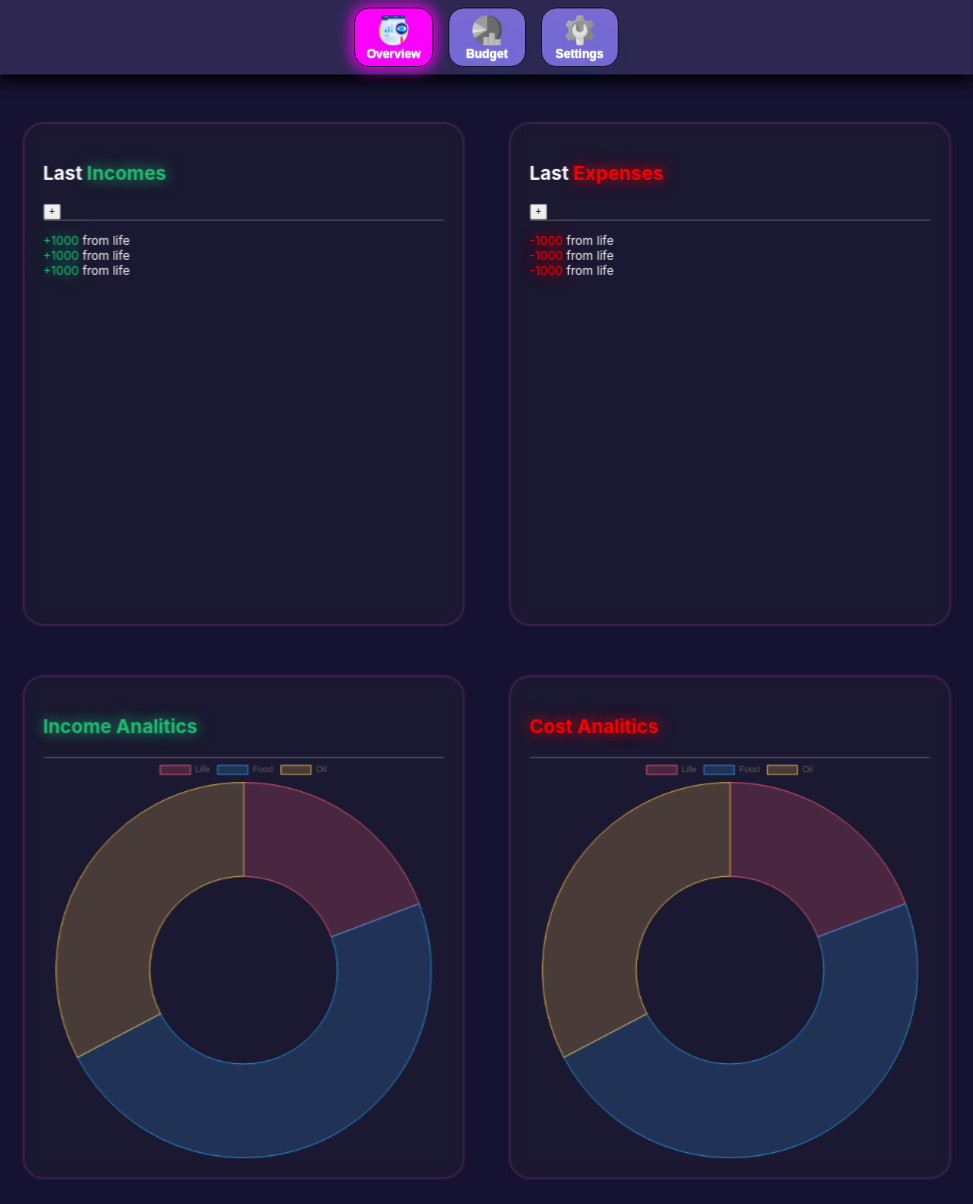
Repository: Minkeani/Money-Manager
Page: /Overview
These files come from the project's save history. The page is drawn as it stood at one moment and after the next save; the edit follows.
The browser window is 1280 px wide. The pictures show the whole page, at 76% of full size.
The project was rebuilt for these pictures with package versions that can differ from the ones it lists, and the page was loaded fresh each time. Also part of the build but not shown: src/components/Budget/Budget.module.css, src/components/Budget/Budget.jsx, src/components/Settings/Settings.jsx, src/components/NotFound/NotFound.module.css, src/components/NotFound/NotFound.jsx.

Above is the page before, as saved 2022-07-17 18:38:02.

### src/index.js
import React from 'react';
import ReactDOM from 'react-dom/client';
import './styles/index.css'
import App from './App';

const root = ReactDOM.createRoot(document.getElementById('root'));
root.render(
    <App />
);

### src/styles/index.css
:root {
  --color-theme: #161231;
	--color-white: #fff;
	--color-black: #000;
	--color-dark-gray: #10100e;
	--color-yellow: #ffff00;
	--color-blue: #6884fb;
	--color-red: #f75d83;
	--font-bold: 600;
	--color-violet: #ae72c2;
	--text-shadow-yellow:
		0 0 2px var(--color-white),
		0 0 40px var(--color-blue);

	--spacing-medium: 20px;

	--spacing-small: 10px;

	--spacing-ultra-small: 5px;

	--spacing-large: 30px;

	--font-family-main: sans-serif;

	--border-radius-small: 3px;

	--border-radius-medium: 5px;

	--margin-list: 7px;

	--font-size-main: 16px;

	--font-size-header: 26px;

	--font-size-subheader: 18px;

	/* Theme */
	--theme-light-header: #dfe2df;

	--theme-dark-header: #ca6ca6;

	--theme-neitral-header: #cccc46;

	--theme-default-header: var(--theme-neitral-header);

	--transition: .4s;

	--theme-light-bg-img: linear-gradient(to top, #b7b7b7, #a396b0, #9a72a0, #984986, #960062);

	--theme-dark-bg-img:  linear-gradient(to top, #6a2b60, #532143, #3b192b, #221118, #000000);

	--width-max: 1200px

}
body {
  margin: 0;
	padding: 0;
	background-color: var(--color-theme);
  font-family: -apple-system, BlinkMacSystemFont, 'Segoe UI', 'Roboto', 'Oxygen',
    'Ubuntu', 'Cantarell', 'Fira Sans', 'Droid Sans', 'Helvetica Neue',
    sans-serif;
  -webkit-font-smoothing: antialiased;
  -moz-osx-font-smoothing: grayscale;
}

code {
  font-family: source-code-pro, Menlo, Monaco, Consolas, 'Courier New',
    monospace;
}

### src/App.js
import styles from './App.module.css';
import Header from './components/Header/Header';
import RoutesConfig from './routes/RoutesConfig';
import { Routes, Route, BrowserRouter, Router } from 'react-router-dom';

function App() {
  return (
    <div className={styles.App}>
      <BrowserRouter>
        <div className={styles.wrapper}>
          <Header/>
            <Routes>
              {RoutesConfig.map((route, index) => (
                <Route
                  key={index}
                  exact={route.exact}
                  element={<route.element/>}
                  path={route.path}
                />
              ))}
            </Routes>
        </div>
      </BrowserRouter>
    </div>
  );
}

export default App;

### src/App.module.css
.App {
  text-align: center;
  display: flex;
  justify-content: center;
  align-items: center;
  margin: 0 auto;
}

.App-logo {
  height: 40vmin;
  pointer-events: none;
}

.wrapper {
  width: 100%;
}

@media (prefers-reduced-motion: no-preference) {
  .App-logo {
    animation: App-logo-spin infinite 20s linear;
  }
}

.App-header {
  background-color: #282c34;
  min-height: 100vh;
  display: flex;
  flex-direction: column;
  align-items: center;
  justify-content: center;
  font-size: calc(10px + 2vmin);
  color: white;
}

.App-link {
  color: #61dafb;
}

@keyframes App-logo-spin {
  from {
    transform: rotate(0deg);
  }
  to {
    transform: rotate(360deg);
  }
}

### src/components/Header/Header.jsx
import React, {useState} from 'react'
import styles from './Header.module.scss'
import { Link } from 'react-router-dom';
import Budget from '../../icons/budget.svg'
import overview from '../../icons/Overview.svg'
import settings from '../../icons/settings.svg'
import { motion } from "framer-motion";


export default function Header() {
  const [active, setActive] = useState(1)

  const HeaderAnimation = {
    hidden: {
      y: 100,
      opacity: 0
    },
    visible: custom => ({
      y: 0,
      opacity: 1,
      transition: {delay: custom * 0.2}
    })
  };


  return (
    <motion.div
      initial="hidden"
      whileInView="visible"
      viewport={{ amount: 0.3, once: true }}
      variants={HeaderAnimation}
      className={styles.container}>
    <ul className={styles.list__container}>
        <li
          onClick={() => setActive(1)}
          className={active === 1 ? styles.active : ''}
        >
            <Link to='/Overview' exact='true' >
                 <img src={overview} alt="" />
                Overview</Link>
        </li>
        <li
          onClick={() => setActive(2)}
          className={active === 2 ? styles.active : ''}
          >
            <Link to='/Budget' exact='true' >
               <img src={Budget} alt="" />
              Budget</Link></li>
        <li
           onClick={() => setActive(3)}
           className={active === 3 ? styles.active : ''}
          >
            <Link to="/Settings" exact='true'>
              <img src={settings} alt="" />
              Settings</Link></li>
    </ul>

    </motion.div>
  )
}

### src/routes/RoutesConfig.js
import Budget from "../components/Budget/Budget"
import Overview from "../components/Overview/Overview"
import Settings from "../components/Settings/Settings"
import NotFound from "../components/NotFound/NotFound"

const RoutesConfig = [
    {
        path: '/Budget',
        exact: true,
        element: Budget
    },
    {
        path: '/Overview',
        exact: true,
        element: Overview
    },
    {
        path: '/Settings',
        exact: true,
        element: Settings
    }, {
        path: '/NotFound',
        exact: true,
        element: NotFound
    },

]

export default RoutesConfig

### src/components/Header/Header.module.scss
.container {
    display: flex;
    align-items: center;
    justify-content: center;
    margin-bottom: var(--spacing-large);
    background-color: #2d2751;
    width: 100%;
    box-shadow: 0px 7px 20px 2px ;
}
.list__container {
    display: flex;
    flex-wrap: wrap;
    margin: 0;
    padding: 0;
    list-style-type: none;
}

.list__container li {
    background-color: #7869d3;
    flex-direction: column;
    border: 1px solid black;
    margin: 10px;
    border-radius: 20px;
    cursor: pointer
}

.list__container li:hover {
    background-color: #dd6edb;

}



.list__container a {
    display: flex;
    align-items: center;
    flex-direction: column;
    margin: 0 10px;
    padding: 5px 3px;
    min-width: 70px;
    border: 2px solid transparent;
    border-radius: var(--border-radius-small);
    color: var(--color-white);
    text-align: center;
    font-family: var(--font-family-main);
    text-decoration: none;
    font-weight: var(--font-bold);
    text-shadow: var(--text-shadow-yellow);
    transition: var(--transition);
}

.list__container .active {
    background-color: #ff00fa;
    box-shadow: 0 0 20px 3px #ff00fa;
     img {
        filter: grayscale(0);
    }

}



.list__container img {
    height: 2.5rem;
    margin: 0.1375rem;
    width: 2.5rem;
    filter: grayscale(1);
}
.list__container :global(a.active) {
    border: 2px solid var(--color-violet);
    color: var(--color-violet);
    text-shadow: none;
}

.logo {
    width: 60px;
    height: 60px;
    margin-right: var(--spacing-large);
    object-fit: cover;
    object-position: center center;
}

@media (max-width: 365px) {
    .list__container a {
        min-width: 65px;
    }
  }

### src/components/Overview/Overview.jsx
import React from 'react'
import OverviewBlock from '../OverviewBlocks/OverviewBlock/OverviewBlock'
import styles from './Overview.module.css'
import Charts from '../OverviewBlocks/OverviewCharts/Charts'

// const [blocks, setBlocks] = useState([
//   {type: 'Incomes', sign: '+', classes: 'money', array:  [{money: 1000, category: 'life'}, {money: 1000, category: 'life'}, {money: 1000, category: 'life'}]},
//   {type: 'Expenses', sign: '-', classes: 'Remoney', array:  [{money: 1000, category: 'life'}, {money: 1000, category: 'life'}, {money: 1000, category: 'life'}]}
// ])

export const data = [ {
  labels: ['Life', 'Food', 'Oil'],
  type: 'Incomes',
  Analitic: 'Income',
  sign: '+',
  classes: 'money',
  datasets: [
    {
      label: '# of Votes',
      data: [1000, 2500, 1700],
      backgroundColor: [
        'rgba(255, 99, 132, 0.2)',
        'rgba(54, 162, 235, 0.2)',
        'rgba(255, 206, 86, 0.2)',
        'rgba(75, 192, 192, 0.2)',
        'rgba(153, 102, 255, 0.2)',
        'rgba(255, 159, 64, 0.2)',
      ],
      borderColor: [
        'rgba(255, 99, 132, 1)',
        'rgba(54, 162, 235, 1)',
        'rgba(255, 206, 86, 1)',
        'rgba(75, 192, 192, 1)',
        'rgba(153, 102, 255, 1)',
        'rgba(255, 159, 64, 1)',
      ],
      borderWidth: 1,
    },
  ],
},
{
  labels: ['Life', 'Food', 'Oil'],
  type: 'Expenses',
  Analitic: 'Сost',
  sign: '-',
  classes: 'Remoney',
  datasets: [
    {
      label: '# of Votes',
      data: [1000, 2500, 1700],
      backgroundColor: [
        'rgba(255, 99, 132, 0.2)',
        'rgba(54, 162, 235, 0.2)',
        'rgba(255, 206, 86, 0.2)',
        'rgba(75, 192, 192, 0.2)',
        'rgba(153, 102, 255, 0.2)',
        'rgba(255, 159, 64, 0.2)',
      ],
      borderColor: [
        'rgba(255, 99, 132, 1)',
        'rgba(54, 162, 235, 1)',
        'rgba(255, 206, 86, 1)',
        'rgba(75, 192, 192, 1)',
        'rgba(153, 102, 255, 1)',
        'rgba(255, 159, 64, 1)',
      ],
      borderWidth: 1,
    },
  ],
}
]

export default function Overview() {
  return (
    <div className={styles.container}>
      <OverviewBlock/>
      <Charts/>
    </div>
  )
}

### src/components/OverviewBlocks/OverviewBlock/OverviewBlock.jsx
import React, {useState} from 'react';
import styles from './Overview.module.css'

const OverviewBlock = () => {
    const [blocks, setBlocks] = useState([
        {type: 'Incomes', sign: '+', classes: 'money', array:  [{money: 1000, category: 'life'}, {money: 1000, category: 'life'}, {money: 1000, category: 'life'}]},
        {type: 'Expenses', sign: '-', classes: 'Remoney', array:  [{money: 1000, category: 'life'}, {money: 1000, category: 'life'}, {money: 1000, category: 'life'}]}
])

    return (
        <>
            {blocks.map(({type, sign, classes, array}) => (
                    <div className={styles.container}>
                            <h3 className={styles.title}>Last <span className={classes === 'money' ? styles.money : styles.Remoney}>{type}</span></h3>
                            <button className={styles.btn}>+</button>

                        <div className={styles.dilivar}></div>
                            <ul className={styles.list}>
                                    {array.map(({money, category}) => (
                                        <li><span className={classes === 'money' ? styles.money : styles.Remoney}>{sign}{money}</span> from <span>{category}</span></li>
                                    ))}
                            </ul>
                        </div>
            )
            )}

        </>
    );
}

export default OverviewBlock;

### src/components/Overview/Overview.module.css
.container {
    display: grid;
    grid-template-columns: 1fr 1fr;
    grid-template-rows: 1fr 1fr;
    padding: 10px;
    gap: 20px 20px;
    justify-items: center;
}

@media (max-width: 900px) {
    .container  {
        grid-template-columns: 1fr;
        grid-template-rows: 1fr 1fr;
    }
  }

### src/components/OverviewBlocks/OverviewCharts/Charts.jsx
import React, {useEffect} from 'react'
import styles from '../OverviewBlock/Overview.module.css'
import { Chart as ChartJS, ArcElement, Tooltip, Legend } from 'chart.js';
import { Doughnut } from 'react-chartjs-2';
import {data} from '../../Overview/Overview'

ChartJS.register(ArcElement, Tooltip, Legend);


export default function Charts() {



  return (
    <>
        {data.map( (item) => (
            <div className={styles.container}>
                <h3 className={styles.title}><span className={item.classes === 'money' ? styles.money : styles.Remoney}>{item.Analitic} Analitics</span></h3>
                <div className={styles.dilivar}></div>
                <Doughnut data={item} />
            </div>
        ))}

    </>
  )
}

### src/components/OverviewBlocks/OverviewBlock/Overview.module.css
.container {
    display: flex;
    flex-direction: column;
    align-items: start;
    overflow-y: auto;
    border-radius: 1.5625rem;
    width: 85%;
    padding: 25px;
    margin: 25px;
    background: rgba(50, 50, 50, 0.2);
    backdrop-filter: blur(10px);
    box-shadow: 0 0 5px 0px #8e4a8e;
    color: white;
}

.headerCont {}

.title {
    color: #fff;
    font-size: 1.5625rem;
}

.dilivar {
    background-color: #707175;
    height: 1px;
    width: 100%;
}

.money {
    color: #21bf73;
    text-shadow: 0 0 20px #21bf73;
}

.Remoney {
    color: red;
    text-shadow: 0 0 20px red;
}

.list {
    list-style-type: none;
    padding: 0;
}

Loaded but not shown: public/index.html (common file)

After the next save:
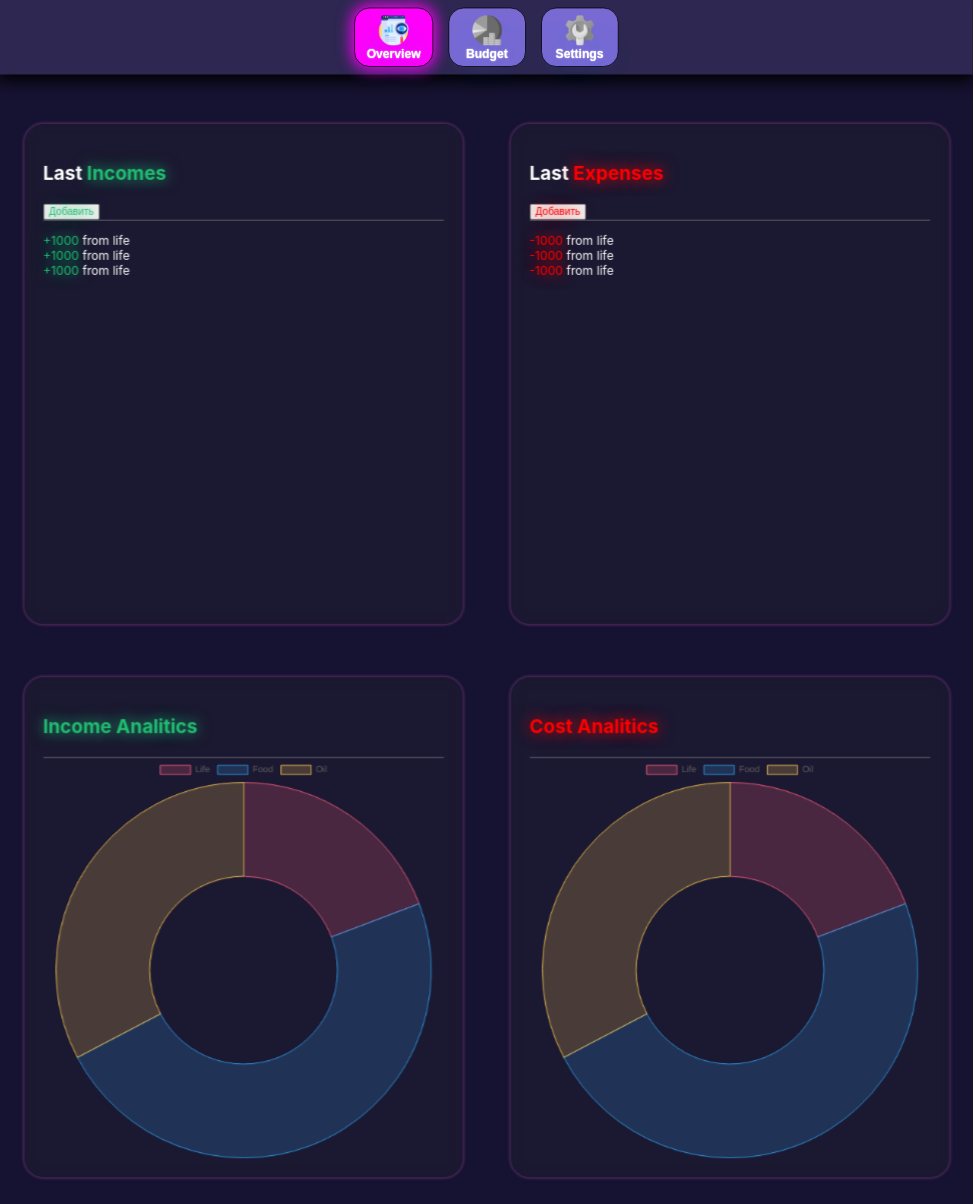
Saved 45 s later.
--- a/src/components/OverviewBlocks/OverviewBlock/OverviewBlock.jsx
+++ b/src/components/OverviewBlocks/OverviewBlock/OverviewBlock.jsx
@@ -12,7 +12,7 @@ const OverviewBlock = () => {
             {blocks.map(({type, sign, classes, array}) => (
                     <div className={styles.container}>
                             <h3 className={styles.title}>Last <span className={classes === 'money' ? styles.money : styles.Remoney}>{type}</span></h3>
-                            <button className={styles.btn}>+</button>
+                            <button className={classes === 'money' ? styles.money : styles.Remoney}>Добавить</button>
 
                         <div className={styles.dilivar}></div>
                             <ul className={styles.list}>
